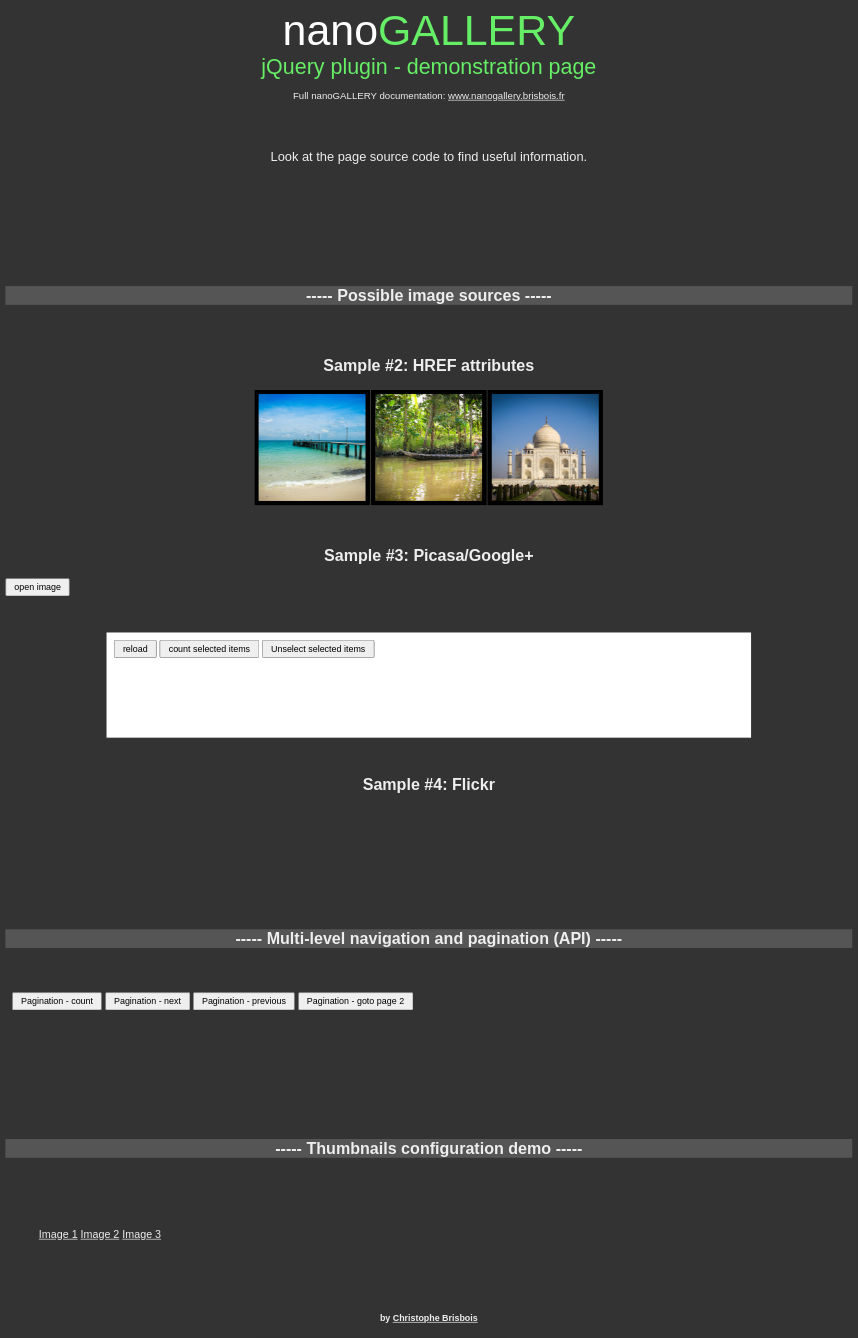
Repository: youwin1234/workspace
Page: nanoGALLERY-5.9.1/demonstration.1.html
The author's editor kept a record of every edit. The page is drawn from the files as they stood at one moment, then again after the next edit.
The browser window is 1280 px wide. The pictures show the whole page, at 67% of full size.

Above is the page before.

After the next edit:
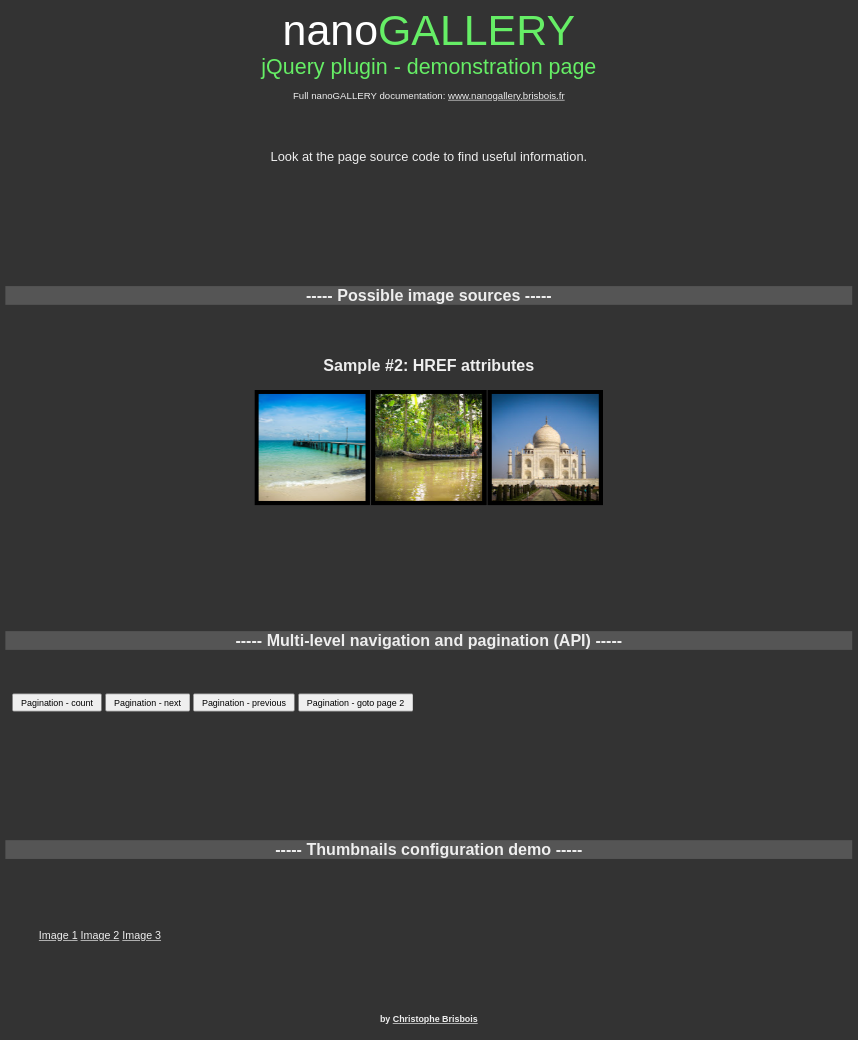
The edit:
--- a/nanoGALLERY-5.9.1/demonstration.1.html
+++ b/nanoGALLERY-5.9.1/demonstration.1.html
@@ -91,29 +91,6 @@
 		<a href="image_03.jpg" data-ngthumb="image_03ts.jpg" data-ngdesc="" data-customdata='{"a":"1", "b":"2"}'>India</a>
 	</div>
 
-	<br><br><h2>Sample #3: Picasa/Google+</h2>
-	<!-- <div style="margin:auto;max-width:960px;"> -->
-  <button id="btnPicasaOpen" "type="button" style="color:#000;padding:4px;">&nbsp; open image &nbsp;</button>
-	<div>
-		<div id="nanoGallery3"></div>
-	</div>
-  <br><br><br>
-	<div style="margin:auto;max-width:960px;background:#fff;color:#f00;padding:1px;">
-    <div style="margin:10px;">
-      <button id="btnReload" "type="button" style="color:#000;padding:4px;">&nbsp; reload &nbsp;</button>
-      <button id="btnCountSelected" "type="button" style="color:#000;padding:4px;">&nbsp; count selected items &nbsp;</button>
-      <button id="btnUnselect" "type="button" style="color:#000;padding:4px;">&nbsp; Unselect selected items &nbsp;</button>
-    </div>
-		<br><br><br>
-    <div id="nanoGallery3a"></div>
-    <br><br><br>
-	</div>
-
-	<br><br><h2>Sample #4: Flickr</h2>
-	<div style="margin:auto;max-width:600px;">
-		<div id="nanoGallery4"></div>
-	</div>
-
 
 	<br><br><br><br><br><br><br><br><br>
 	<h2 style="background:#555;">----- Multi-level navigation and pagination (API) -----</h2><br><br>
